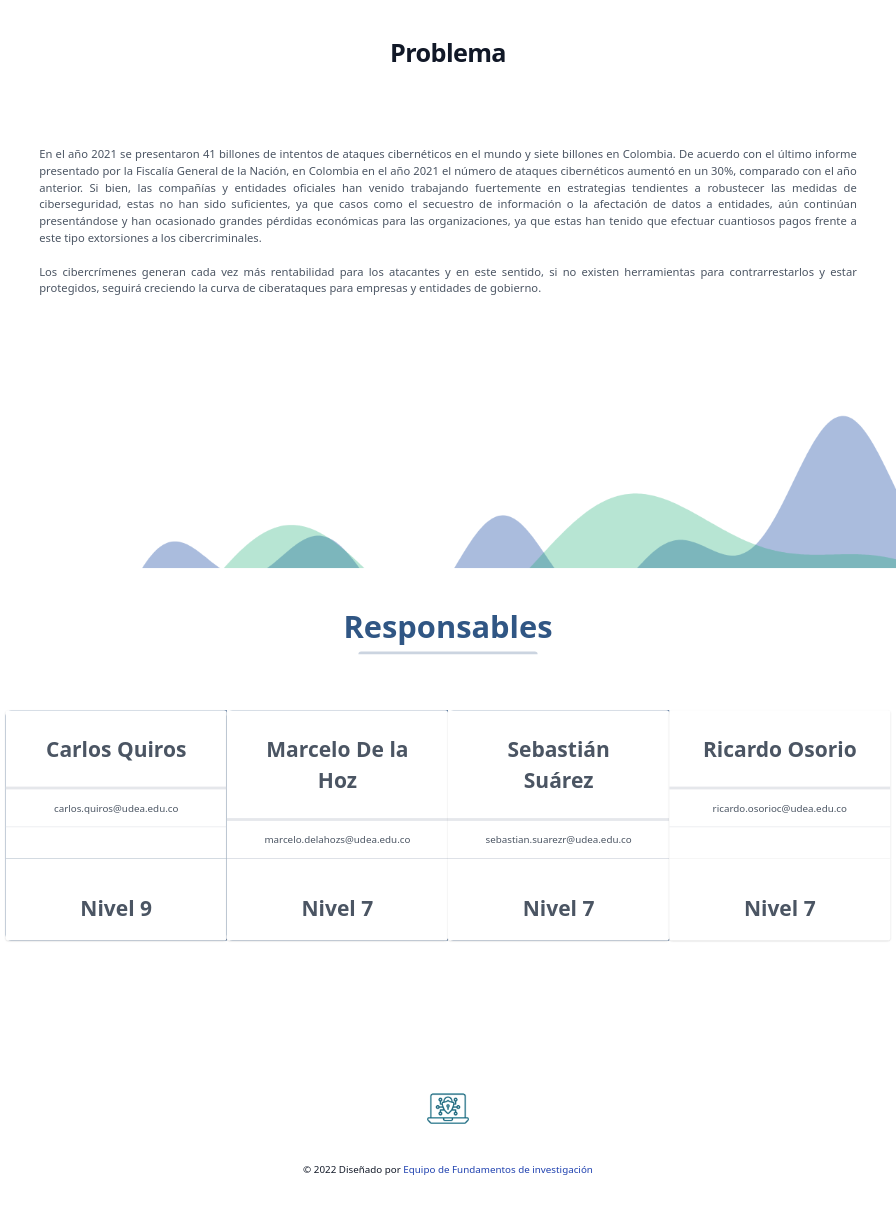
Repository: cardacar/fdi-2022
Page: /
The author's editor kept a copy of each file at every save. The page is drawn from the files as they stood at one save, then again after a run of saves.
The browser window is 1280 px wide. The pictures show the part of the page from y = 3904 to 5824 px (the page is 5630 px tall before and 5824 px after), at 70% of full size.
The project was rebuilt for these pictures with package versions that can differ from the ones it lists, and the page was loaded fresh each time. The framework's server and built-in components were replaced by stand-ins that run in the browser. Also part of the build but not shown: next.config.js.

Above is the page before, as saved 2022-08-07 16:31:49.

### src/pages/index.tsx
import React from "react";

import About from "../components/About";
import Canvas from "../components/Canvas";
import Features from "../components/Features";
import Header from "../components/Header";
import LazyShow from "../components/LazyShow";
import MainHero from "../components/MainHero";
import MainHeroImage from "../components/MainHeroImage";
import Pricing from "../components/Pricing";
import Product from "../components/Product";
import Necesidad from "../components/Necesidad";
import Problema from "../components/Problema";

const App = () => {
  return (
    <div className={`bg-background grid gap-y-16 overflow-hidden`}>
      <div className={`relative bg-background`}>
        <div className="max-w-7xl mx-auto">
          <div
            className={`relative z-10 pb-8 bg-background sm:pb-16 md:pb-20 lg:max-w-2xl lg:w-full lg:pb-28 xl:pb-32`}
          >
            <Header />
            <MainHero />
          </div>
        </div>
        <MainHeroImage />
      </div>
      <Canvas />
      <LazyShow>
        <>
          <Product />
          <Canvas />
        </>
      </LazyShow>
      <LazyShow>
        <>
          <Features />
        </>
      </LazyShow>
      <LazyShow>
        <>
          <Necesidad />
        </>
      </LazyShow>

      <LazyShow>
        <>
          <Problema />
        </>
      </LazyShow>
      <LazyShow>
        <>
          <Canvas />

          <Pricing />
        </>
      </LazyShow>
      <LazyShow>
        <>
          <About />
        </>
      </LazyShow>
    </div>
  );
};

export default App;

### src/styles/main.css
@tailwind base;
@tailwind components;
@tailwind utilities;


:root {
  --color-primary: #11626D;
  --color-secondary: #1F9BAD;
  --color-tertiaty: #99a0a3;
}

a {
  @apply text-blue-800;
}

a:hover {
  @apply border-b-2 border-blue-900;
}



.content p {
  @apply my-6;
}

.content ul {
  @apply my-6;
}

### src/utils/AppConfig.ts
export const AppConfig = {
  site_name: 'FDICIA',
  title: 'Cómo influye la Inteligencia Artificial a la ciberseguridad en las empresas Colombianas',
  description: '',
  locale: 'es',
};

### src/components/About.tsx
import React from 'react';

import config from '../config/index.json';

const About = () => {
  const { company } = config;
  const { logo, name: companyName } = company;


  return (
    <div
      id="about"
      className="mx-auto container xl:px-20 lg:px-12 sm:px-6 px-4 py-12"
    >
      <div className="flex flex-col items-center justify-center">
        <div>
          <img src={logo} alt={companyName} className="w-16 h-16" style={{color: 'red'}}/>
        </div>
        <div className="flex items-center mt-6">
          <p className="mt-6 text-xs lg:text-sm leading-none text-gray-900 dark:text-gray-50">
            &copy; {new Date().getFullYear()} Diseñado por{' '}
            <a href="#" rel="nofollow">
              Equipo de Fundamentos de investigación
            </a>
          </p>
        </div>
      </div>
    </div>
  );
};
export default About;

### src/components/Canvas.tsx
import { useRef, FC, useEffect, useState } from 'react';

import { CanvasContext } from '../hooks/useCanvas';
import useResponsiveSize from '../hooks/useResponsiveSize';
import Wave from './Wave';

const Canvas: FC = () => {
  const canvasRef = useRef<HTMLCanvasElement>(null);
  const { width } = useResponsiveSize();
  const [context, setContext] = useState<
    CanvasRenderingContext2D | undefined
  >();

  useEffect(() => {
    const ctx = canvasRef?.current?.getContext('2d');
    if (ctx) setContext(ctx);
  }, []);

  return (
    <>
      <CanvasContext.Provider value={{ context }}>
        <canvas id="canvas" ref={canvasRef} width={width} height={220}></canvas>
        <Wave />
      </CanvasContext.Provider>
    </>
  );
};

export default Canvas;

### src/components/Features.tsx
import React from 'react';

import config from '../config/index.json';

const Features = () => {
  const { features } = config;
  const { title, subtitle, description, items: featuresList } = features;
  return (
    <div className={`py-12 bg-background`} id="features">
      <div className="max-w-7xl mx-auto px-4 sm:px-6 lg:px-8">
        <div className="lg:text-center">
          <h2
            className={`text-base text-primary font-semibold tracking-wide uppercase`}
          >
            {title}
          </h2>
          <p className="mt-2 text-3xl leading-8 font-extrabold tracking-tight text-gray-900 sm:text-4xl">
            {subtitle}
          </p>
          <p className="mt-4 max-w-2xl text-xl text-gray-500 lg:mx-auto">
            {description}
          </p>
        </div>

        <div className="mt-10">
          <dl className="space-y-10 md:space-y-0 md:grid md:grid-cols-2 md:gap-x-8 md:gap-y-10">
            {featuresList.map((feature) => (
              <div key={feature.name} className="relative">
                <dt>
                  <div
                    className={`absolute flex items-center justify-center h-12 w-12 rounded-md bg-background text-tertiary border-primary border-4`}
                  >
                    <img
                      className={`inline-block h-6 w-6`}
                      src={feature.icon}
                      alt={feature.name}
                    />
                  </div>
                  <p className="ml-16 text-lg leading-6 font-medium text-gray-900">
                    {feature.name}
                  </p>
                </dt>
                <dd className="mt-2 ml-16 text-base text-gray-500">
                  {feature.description}
                </dd>
              </div>
            ))}
          </dl>
        </div>
      </div>
    </div>
  );
};

export default Features;

### src/components/Header.tsx
import React, { Fragment } from 'react';

import { Popover, Transition } from '@headlessui/react';
import { MenuIcon, XIcon } from '@heroicons/react/outline';
import { Link } from 'react-scroll';

import config from '../config/index.json';

const Menu = () => {
  const { navigation, company } = config;
  const { name: companyName, logo } = company;

  return (
    <>
      <svg
        className={`hidden lg:block absolute right-0 inset-y-0 h-full w-48 text-background transform translate-x-1/2`}
        fill="currentColor"
        viewBox="0 0 100 100"
        preserveAspectRatio="none"
        aria-hidden="true"
      >
        <polygon points="50,0 100,0 50,100 0,100" />
      </svg>

      <Popover>
        <div className="relative pt-6 px-4 sm:px-6 lg:px-8">
          <nav
            className="relative flex items-center justify-between sm:h-10 lg:justify-start"
            aria-label="Global"
          >
            <div className="flex items-center flex-grow flex-shrink-0 lg:flex-grow-0">
              <div className="flex items-center justify-between w-full md:w-auto">
                <a href="#">
                  <span className="sr-only">{companyName}</span>
                  <img alt="logo" className="h-16 w-auto sm:h-16" src={logo} />
                </a>
                <div className="-mr-2 flex items-center md:hidden">
                  <Popover.Button
                    className={`bg-background rounded-md p-2 inline-flex items-center justify-center text-gray-400 hover:text-gray-500 hover:bg-gray-100 focus:outline-none focus:ring-2 focus:ring-inset focus:ring-secondary`}
                  >
                    <span className="sr-only">Open main menu</span>
                    <MenuIcon className="h-6 w-6" aria-hidden="true" />
                  </Popover.Button>
                </div>
              </div>
            </div>
            <div className="hidden md:block md:ml-10 md:pr-4 md:space-x-8">
              {navigation.map((item) => (
                <Link
                  spy={true}
                  active="active"
                  smooth={true}
                  duration={1000}
                  key={item.name}
                  to={item.href}
                  className="font-medium text-gray-500 hover:text-gray-900"
                >
                  {item.name}
                </Link>
              ))}
            </div>
          </nav>
        </div>

        <Transition
          as={Fragment}
          enter="duration-150 ease-out"
          enterFrom="opacity-0 scale-95"
          enterTo="opacity-100 scale-100"
          leave="duration-100 ease-in"
          leaveFrom="opacity-100 scale-100"
          leaveTo="opacity-0 scale-95"
        >
          <Popover.Panel
            focus
            className="absolute z-10 top-0 inset-x-0 p-2 transition transform origin-top-right md:hidden"
          >
            <div
              className={`rounded-lg shadow-md bg-background ring-1 ring-black ring-opacity-5 overflow-hidden`}
            >
              <div className="px-5 pt-4 flex items-center justify-between">
                <div>
                  <img className="h-8 w-auto" src={logo} alt="" />
                </div>
                <div className="-mr-2">
                  <Popover.Button
                    className={`bg-background rounded-md p-2 inline-flex items-center justify-center text-gray-400 hover:text-gray-500 hover:bg-gray-100 focus:outline-none focus:ring-2 focus:ring-inset focus:ring-secondary`}
                  >
                    <span className="sr-only">Close main menu</span>
                    <XIcon className="h-6 w-6" aria-hidden="true" />
                  </Popover.Button>
                </div>
              </div>
              <div className="px-2 pt-2 pb-3 space-y-1">
                {navigation.map((item) => (
                  <Link
                    spy={true}
                    active="active"
                    smooth={true}
                    duration={1000}
                    key={item.name}
                    to={item.href}
                    className="block px-3 py-2 rounded-md text-base font-medium text-gray-700 hover:text-gray-900 hover:bg-gray-50"
                  >
                    {item.name}
                  </Link>
                ))}
              </div>

            </div>
          </Popover.Panel>
        </Transition>
      </Popover>
    </>
  );
};

export default Menu;

### src/components/LazyShow.tsx
import React, { MutableRefObject, useEffect, useRef, useState } from 'react';

import { motion, useAnimation } from 'framer-motion';

function useOnScreen(
  ref: MutableRefObject<HTMLDivElement | null>,
  rootMargin = '0px'
) {
  const [isIntersecting, setIntersecting] = useState(false);

  useEffect(() => {
    let currentRef: any = null;
    const observer = new IntersectionObserver(
      ([entry]) => {
        if (entry?.isIntersecting) setIntersecting(entry?.isIntersecting);
      },
      {
        rootMargin,
      }
    );
    if (ref && ref?.current) {
      currentRef = ref.current;
      observer.observe(currentRef);
    }
    return () => {
      observer.unobserve(currentRef);
    };
  }, [ref, rootMargin]); // Empty array ensures that effect is only run on mount and unmount

  return isIntersecting;
}

const LazyShow = ({ children }: { children: React.ReactChild }) => {
  const controls = useAnimation();
  const rootRef = useRef<HTMLDivElement>(null);
  const onScreen = useOnScreen(rootRef);
  useEffect(() => {
    if (onScreen) {
      controls.start({
        x: 0,
        opacity: 1,
        transition: {
          duration: 0.5,
          ease: 'easeOut',
        },
      });
    }
  }, [onScreen, controls]);
  return (
    <motion.div
      className="lazy-div"
      ref={rootRef}
      initial={{ opacity: 0, x: -50 }}
      animate={controls}
    >
      {children}
    </motion.div>
  );
};

export default LazyShow;

### src/components/MainHero.tsx
import React from 'react';

import config from '../config/index.json';

const MainHero = () => {
  const { mainHero } = config;
  return (
    <main className="mt-10 mx-auto max-w-7xl px-4 sm:mt-12 sm:px-6 md:mt-16 lg:mt-20 lg:px-8 xl:mt-28">
      <div className="sm:text-center lg:text-left">
        <h1 className="text-4xl tracking-tight font-extrabold text-gray-900 sm:text-5xl md:text-6xl">
          <span className="block xl:inline">{mainHero.title}</span>{' '}
          <span className={`block text-primary xl:inline`}>
            {mainHero.subtitle}
          </span>
        </h1>
        <p className="mt-3 text-base text-gray-500 sm:mt-5 sm:text-lg sm:max-w-xl sm:mx-auto md:mt-5 md:text-xl lg:mx-0">
          {mainHero.description}
        </p>
      </div>
    </main>
  );
};

export default MainHero;

### src/components/Product.tsx
import React from "react";

import config from "../config/index.json";
import Divider from "./Divider";

const Product = () => {
  const { product } = config;
  const [firstItem, secondItem] = product.items;

  return (
    <section className={`bg-background py-8`} id="product">
      <div className={`container max-w-5xl mx-auto m-8`}>
        <h1
          className={`w-full my-2 text-5xl font-bold leading-tight text-center text-primary`}
        >
          {product.title.split(" ").map((word, index) => (
            <span
              key={index}
              className={index % 2 ? "text-primary" : "text-border"}
            >
              {word}{" "}
            </span>
          ))}
        </h1>
        <Divider />
        <div className={`flex flex-wrap`}>
          <div className={`w-5/6 sm:w-1/2 p-6 mt-20`}>
            <h3
              className={`text-3xl text-gray-800 font-bold leading-none mb-3`}
            >
              {firstItem?.title}
            </h3>
            <p className={`text-gray-600`}>{firstItem?.description}</p>
          </div>
          <div className={`w-full sm:w-1/2 p-6`}>
            <img
              className="h-6/6"
              src={firstItem?.img}
              alt={firstItem?.title}
            />
          </div>
        </div>
        <div className={`flex flex-wrap flex-col-reverse sm:flex-row`}>
          <div className={`w-full sm:w-1/2 p-6`}>
            <img
              className="h-6/6"
              src={secondItem?.img}
              alt={secondItem?.title}
            />
          </div>
          <div className={`w-full sm:w-1/2 p-6 mt-20`}>
            <div className={`align-middle`}>
              <h3
                className={`text-3xl text-gray-800 font-bold leading-none mb-3`}
              >
                {secondItem?.title}
              </h3>
              <p className={`text-gray-600 mb-8`}>{secondItem?.description}</p>
            </div>
          </div>
          <div className={`w-full p-6 mt-20 text-center`}>
            <div className={`align-middle`}>
              <h3
                className={`text-3xl text-gray-800 font-bold leading-none mb-3`}
              >
              </h3>
              <p className={`text-gray-600 mb-8 text-justify`}>
                Con el incremento en la cantidad de información que se maneja en
                la red en especial a nivel empresarial, se ve la necesidad de
                gestionar y controlar la seguridad de toda esta, velando por la
                automatización de muchos de estos procesos, para asi no agobiar
                y mantener al personal concentrado en los casos mas importante.
                Aqui es donde entra la inteligencia artificial,siendo una
                herramienta que permite la constante actualización de su uso,
                permite asumir una gran cantidad de tareas a la hora de mantener
                la seguridad de la información.<br></br><br></br> En cuanto a generar las fallas
                de seguridad, las mismas características que hacen a las IA una
                de las mejores herramientas para proteger información, las
                vuelven a su vez las más óptimas para penetrar en los sistemas
                de seguridad, además de que estas tienen una ventaja, la cual es
                que tú como defensor no puedes fallar nunca, pero como atacante
                no importa cuantas veces falles, dado que con solo una victoria,
                es la derrota total para la seguridad del sistema. Al ser las IA
                capaz de evolucionar con cada intento, las que tendrían más
                capacidad de desarrollo a lo largo del tiempo será la del
                atacante.
              </p>
            </div>
          </div>
        </div>
      </div>
    </section>
  );
};

export default Product;

### src/components/Necesidad.tsx
import React from 'react';

import config from '../config/index.json';

const Necesidad = () => {
  const { Necesidad } = config;
  const { title, subtitle, description, items: featuresList } = Necesidad;
  return (
    <div className={`py-12 bg-background`} id="necesidad">
      <div className="max-w-7xl mx-auto px-4 sm:px-6 lg:px-8">
        <div className="lg:text-center">
          <h2
            className={`text-base text-primary font-semibold tracking-wide uppercase`}
          >
            {title}
          </h2>
          <p className="mt-2 text-3xl leading-8 font-extrabold tracking-tight text-gray-900 sm:text-4xl">
            {subtitle}
          </p>
          <p className="mt-4 max-w-2xl text-xl text-gray-500 lg:mx-auto">
            {description}
          </p>
        </div>

        <div className="mt-10">
          <dl className="space-y-10 md:space-y-0 md:grid md:grid-cols-2 md:gap-x-8 md:gap-y-10">
            {featuresList.map((feature) => (
              <div key={feature.name} className="relative">
                <dt>
                  <p className="ml-16 text-lg leading-6 font-medium text-gray-900">
                    {feature.name}
                  </p>
                </dt>
                <dd className="mt-2 ml-16 text-base text-gray-500">
                  {feature.description}
                </dd>
              </div>
            ))}
          </dl>
        </div>
      </div>
    </div>
  );
};

export default Necesidad;

### src/components/Problema.tsx
import React from "react";

const Problema = () => {
  return (
    <div className={`py-12 bg-background`} id="problema">
      <div className="max-w-7xl mx-auto px-4 sm:px-6 lg:px-8">
        <div className="lg:text-center">
          <p className="mt-2 text-3xl leading-8 font-extrabold tracking-tight text-gray-900 sm:text-4xl">
            Problema
          </p>
        </div>
        <div className={`w-full p-6 mt-20 text-center`}>
            <div className={`align-middle`}>
              <h3
                className={`text-3xl text-gray-800 font-bold leading-none mb-3`}
              >
              </h3>
              <p className={`text-gray-600 mb-8 text-justify`}>
              En el año 2021 se presentaron 41 billones de intentos de ataques
            cibernéticos en el mundo y siete billones en Colombia. De acuerdo
            con el último informe presentado por la Fiscalía General de la
            Nación, en Colombia en el año 2021 el número de ataques cibernéticos
            aumentó en un 30%, comparado con el año anterior. Si bien, las
            compañías y entidades oficiales han venido trabajando fuertemente en
            estrategias tendientes a robustecer las medidas de ciberseguridad,
            estas no han sido suficientes, ya que casos como el secuestro de
            información o la afectación de datos a entidades, aún continúan
            presentándose y han ocasionado grandes pérdidas económicas para las
            organizaciones, ya que estas han tenido que efectuar cuantiosos
            pagos frente a este tipo extorsiones a los cibercriminales.
            <br></br>
            <br></br>
            Los cibercrímenes generan cada vez más rentabilidad para los
            atacantes y en este sentido, si no existen herramientas para
            contrarrestarlos y estar protegidos, seguirá creciendo la curva de
            ciberataques para empresas y entidades de gobierno.
              </p>
            </div>
          </div>

      </div>
    </div>
  );
};

export default Problema;

### src/components/Wave.tsx
import { FC } from 'react';

import { useCanvasContext } from '../hooks/useCanvas';
import useResponsiveSize from '../hooks/useResponsiveSize';
import WaveObj from '../utils/wave';

const Wave: FC = () => {
  const { context } = useCanvasContext();
  const { width } = useResponsiveSize();
  const height = 600;
  let frequency = 0.013;
  const waves = {
    frontWave: new WaveObj([0.0211, 0.028, 0.015], 'rgb(44, 89, 171, 0.4)'),
    backWave: new WaveObj([0.0122, 0.018, 0.005], 'rgb(17, 169, 111, 0.3)'),
  };

  const render = () => {
    context?.clearRect(0, 0, width, height);
    Object.entries(waves).forEach(([, wave]) => {
      wave.draw(context!, width, height, frequency);
    });
    frequency += 0.013;
    requestAnimationFrame(render);
  };
  if (context) render();
  return null;
};

export default Wave;

Loaded but not shown: src/pages/_app.tsx (common file); src/pages/_document.tsx (common file); src/components/MainHeroImage.tsx (common file); src/hooks/useCanvas.ts (common file); src/hooks/useResponsiveSize.ts (common file); src/components/Divider.tsx (common file); src/utils/wave.ts (common file); src/config/index.json (130 lines, source omitted); tailwind.config.js (46 lines, source omitted); src/components/Pricing.tsx (156 lines, source omitted)

After the next 2 saves:
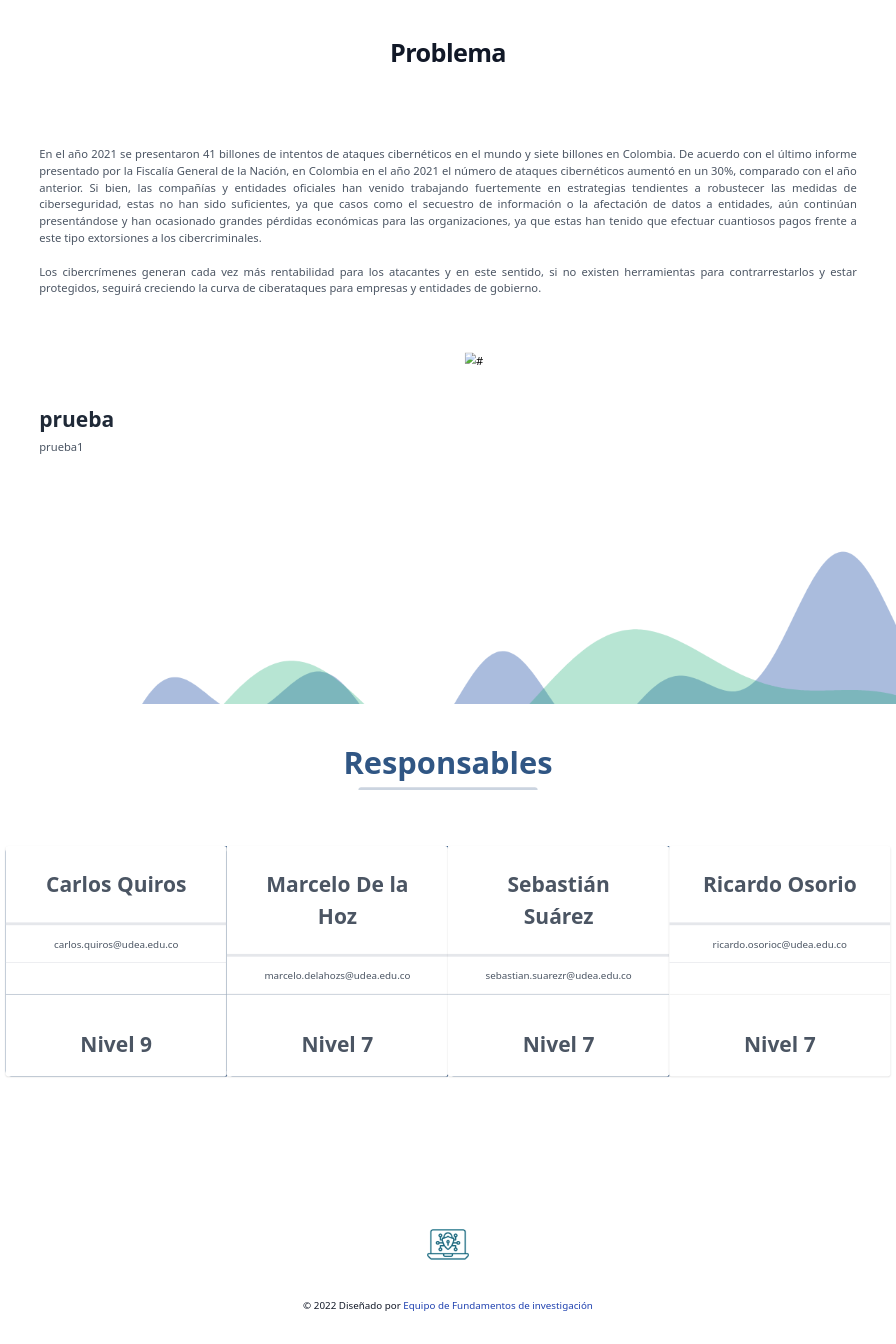
The 2 saves are shown as one change because 1 did not build or start.
The last was saved 81 s later.
--- a/src/components/Problema.tsx
+++ b/src/components/Problema.tsx
@@ -37,7 +37,23 @@ const Problema = () => {
               </p>
             </div>
           </div>
-
+          <div className={`flex flex-wrap`}>
+          <div className={`w-5/6 sm:w-1/2 p-6 mt-20`}>
+            <h3
+              className={`text-3xl text-gray-800 font-bold leading-none mb-3`}
+            >
+              {"prueba"}
+            </h3>
+            <p className={`text-gray-600`}>{"prueba1"}</p>
+          </div>
+          <div className={`w-full sm:w-1/2 p-6`}>
+            <img
+              className="h-6/6"
+              src="#"
+              alt="#"
+            />
+          </div>
+        </div>
       </div>
     </div>
   );
